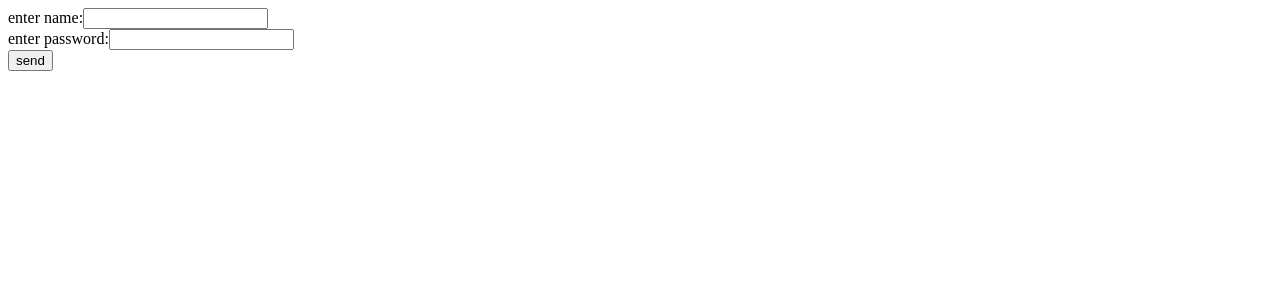
Repository: venkatasuryarameshbabu/palmetopractice
Page: webapp1/WebContent/index.html
The author's editor kept a copy of each file at every save. The page is drawn from the files as they stood at one save, then again after the next save.
The browser window is 1280 px wide. The pictures show the whole page.

Above is the page before, as saved 2020-02-06 10:13:44.

### webapp1/WebContent/index.html
<!DOCTYPE html>
<html>
<head>
<meta charset="ISO-8859-1">
<title>Insert into table</title>
</head>
<body>
<form action="http://localhost:8081:/task1/servlet1">
        enter name:<input type="text" name="name"></br>
        enter password:<input type="password" name="password"></br>
        <input type="submit" value="send">
</form>
</body>
</html>

After the next save:
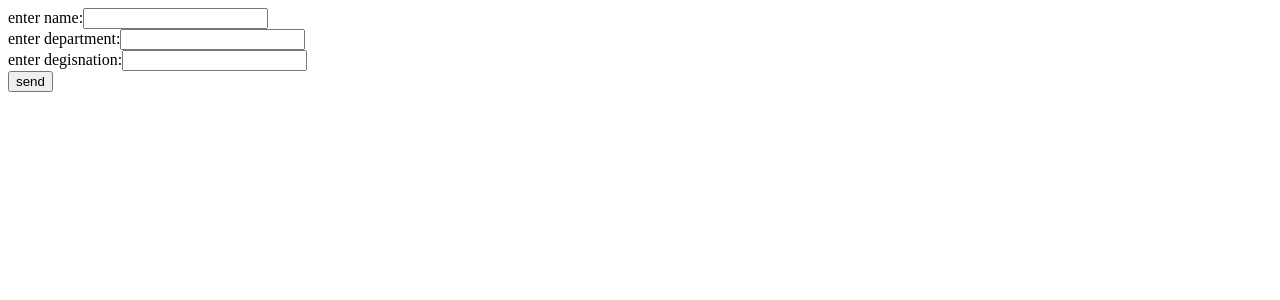
Saved 2 min 56 s later.
--- a/webapp1/WebContent/index.html
+++ b/webapp1/WebContent/index.html
@@ -7,7 +7,8 @@
 <body>
 <form action="http://localhost:8081:/task1/servlet1">
         enter name:<input type="text" name="name"></br>
-        enter password:<input type="password" name="password"></br>
+        enter department:<input type="text" name="department"></br>
+        enter degisnation:<input type="text" name="degisnation"></br>
         <input type="submit" value="send">
 </form>
 </body>
